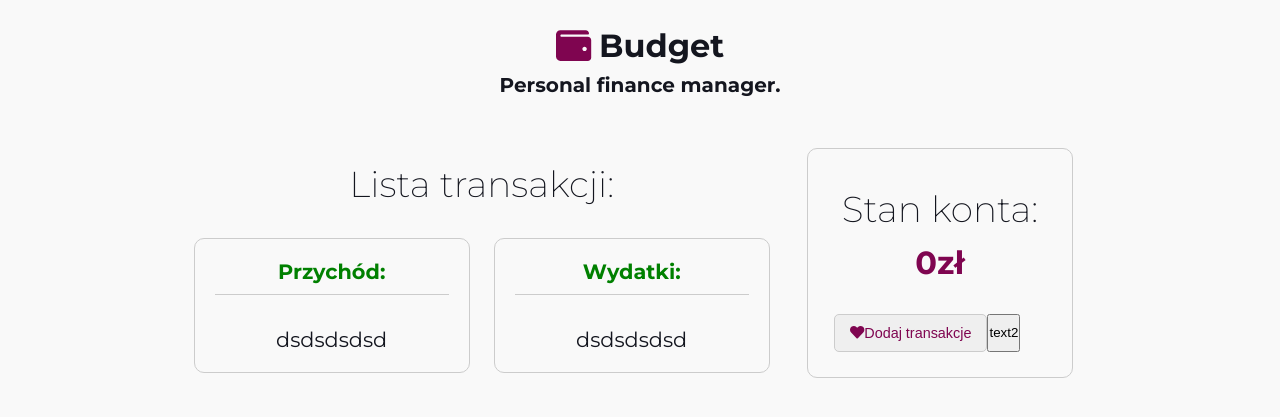
Repository: KrzysKolo/sr_tydzien4_zad4
Page: /
An editor plug-in stored every save of this project. The page is shown before and after the next save, followed by the edit.
The browser window is 1280 px wide. The pictures show the whole page.
Some web libraries are served in a nearby version. The project was rebuilt for these pictures with package versions that can differ from the ones it lists, and the page was loaded fresh each time.

Above is the page before, as saved 2020-11-29 18:45:30.

### public/index.html
<!DOCTYPE html>
<html lang="en">
  <head>
    <meta charset="utf-8" />
    <link rel="icon" href="%PUBLIC_URL%/favicon.ico" />
    <meta name="viewport" content="width=device-width, initial-scale=1" />
    <meta name="theme-color" content="#000000" />
    <meta
      name="description"
      content="Web site created using create-react-app"
    />
    <link rel="apple-touch-icon" href="%PUBLIC_URL%/logo192.png" />
    <!--
      manifest.json provides metadata used when your web app is installed on a
      user's mobile device or desktop. See https://developers.google.com/web/fundamentals/web-app-manifest/
    -->
    <link rel="manifest" href="%PUBLIC_URL%/manifest.json" />
    <!--
      Notice the use of %PUBLIC_URL% in the tags above.
      It will be replaced with the URL of the `public` folder during the build.
      Only files inside the `public` folder can be referenced from the HTML.

      Unlike "/favicon.ico" or "favicon.ico", "%PUBLIC_URL%/favicon.ico" will
      work correctly both with client-side routing and a non-root public URL.
      Learn how to configure a non-root public URL by running `npm run build`.
    -->
    <link
      href="https://fonts.googleapis.com/css?family=Montserrat:200,400,700&display=swap&subset=latin-ext"
      rel="stylesheet"
    />
    <script
      src="https://kit.fontawesome.com/327a0d490c.js"
      crossorigin="anonymous"
    ></script>
    <title>Budget</title>
  </head>
  <body>
    <noscript>You need to enable JavaScript to run this app.</noscript>
    <div id="root"></div>
    <!--
      This HTML file is a template.
      If you open it directly in the browser, you will see an empty page.

      You can add webfonts, meta tags, or analytics to this file.
      The build step will place the bundled scripts into the <body> tag.

      To begin the development, run `npm start` or `yarn start`.
      To create a production bundle, use `npm run build` or `yarn build`.
    -->
  </body>
</html>

### src/App.js
import React from 'react';
import Budget from './components/Budget'

const App = () => {
  return (
    <>
      <Budget/>
    </>
  )
}

export default App;

### src/components/Budget.js
import React from 'react';
import Header from './budgetComponents/Header';
import Section from './budgetComponents/Section';
import SectionInfo from './budgetComponents/SectionInfo';
import H2 from './budgetComponents/sectionComponents/H2';
import styled, { createGlobalStyle } from 'styled-components';

const GlobalStyle = createGlobalStyle`
    * {
        padding: 0;
        margin: 0;
        box-sizing: border-box;
    }
    body {
        background-color: #f9f9f9;
        color: #14161f;
        font-family: "Montserrat", sans-serif;
        font-size: 16px;
        min-height: 100vh;
    }
    `;
const Container = styled.main`
    font-size: 1.5rem;
`;
const SectionContainer = styled.section`
    display: flex;
    flex-direction: row;
    justify-content: center;
    align-items: center;
`;
const SectionBudget = styled.section`
    display: flex;
    flex-direction: column;
    justify-content: center;
    align-items: center;
`;
const DivItems = styled.div`
    display: flex;
    flex-direction: row;
    justify-content: center;
    align-items: center;

`;
const Budget = () => {
    return (
        <>
            <GlobalStyle />
            <Container>
                <Header />
                <SectionContainer>
                    <SectionBudget>
                        <H2 title={"Lista transakcji"} />
                        <DivItems>
                            <Section title={"Przychód"} label={"p"}/>
                            <Section title={"Wydatki"}/>
                        </DivItems>
                    </SectionBudget>
                    <SectionInfo title={"Stan konta"}/>
                </SectionContainer>
            </Container>
        </>
    )
}

export default Budget;

### src/components/budgetComponents/Header.js
import React from 'react';
import styled from 'styled-components';
import { FontAwesomeIcon } from '@fortawesome/react-fontawesome';
import { faWallet } from '@fortawesome/free-solid-svg-icons';

const SectionHeader = styled.header`
    align-items: center;
    color: rgb(127, 5, 80);
    display: flex;
    font-size: 2.2rem;
    flex-direction: column;
    justify-content: center;
    padding: 2%;
`;
const DivHeader = styled.div`
    align-items: center;
    display: flex;
    flex-direction: row;
    justify-content: center;
    margin-bottom: 0.5rem;
`;
const H1Header = styled.h1`
    color: #14161f;
    font-size: 2rem;
    margin-left: .5rem;
`;
const H2Header = styled.h2`
    color: #14161f;
    font-size: 1.25rem;
`;
const Header = () => {
    return (
        <SectionHeader>
            <DivHeader>
                <FontAwesomeIcon icon={faWallet}/>
                <H1Header>Budget</H1Header>
            </DivHeader>
            <H2Header>Personal finance manager.</H2Header>
        </SectionHeader>
    )
}

export default Header;

### src/components/budgetComponents/Section.js
import React from 'react';
import H1 from './sectionComponents/H1';
import styled from 'styled-components';

const SectionWrapper = styled.section`
    border: 1px solid #ccc;
    border-radius: 10px;
    display: flex;
    flex-direction: column;
    font-size: 1.3rem;
    justify-content: center;
    align-items: center;
    margin: 2%;
    padding: 20px;
    width: 300px;
`;
const Section = ({ title, label }) => {
    return (
        <SectionWrapper>
           <H1 title={title} label={label}> </H1>
           <p>dsdsdsdsd</p>
        </SectionWrapper>
    )
}

export default Section;

### src/components/budgetComponents/SectionInfo.js
import React from 'react';
import H2 from './sectionComponents/H2';
import P from './sectionComponents/P';
import Button from './../buttons/Button';
import styled from 'styled-components';
import { FontAwesomeIcon } from '@fortawesome/react-fontawesome';
import { faEllipsisV, faHeart, faShareAlt, faAngleDown } from '@fortawesome/free-solid-svg-icons';
const SectionWrapper = styled.section`
    border: 1px solid #ccc;
    border-radius: 10px;
    display: flex;
    flex-direction: column;
    margin: 2vw;
    padding: 2%;
`;
const ButtonWrapper = styled.div`
    display: flex;
    flex-direction: row;
`;
const Section = ({ title }) => {
    return (
        <SectionWrapper>
           <H2 title={title}> </H2>
           <P />
           <ButtonWrapper>
                <Button title={"Dodaj transakcje"} icons={faHeart} type="submit"/>
                <button type="submit" >text2</button>
           </ButtonWrapper>
        </SectionWrapper>
    )
}

export default Section;

### src/components/budgetComponents/sectionComponents/H2.js
import React from 'react'
import styled from 'styled-components';

const TitleH2 = styled.h2`
    font-weight: 200;
    margin: 2% auto;
    padding: 0.5rem;
`;

const H2 = ({title}) => {
    return (
        <TitleH2>
            {title}:
        </TitleH2>
    )
}

export default H2;

### src/components/budgetComponents/sectionComponents/H1.js
import React from 'react'
import styled from 'styled-components';

const TitleH1 = styled.h1`
    border-bottom: 1px solid #ccc;
    color: ${label => label ? 'green' : 'red'};
    margin-bottom: 2rem;
    padding-bottom: 10px;
    display: block;
    width: 100%;
    text-align: center;
`;

const H1 = ({title, label}) => {
    return (
        <TitleH1>
            {title}:
        </TitleH1>
    )
}

export default H1;

### src/components/budgetComponents/sectionComponents/P.js
import React from 'react';
import styled from 'styled-components';

const InfoP = styled.p`
    color: rgb(127, 5, 80);
    font-size: 2rem;
    font-weight: bold;
    width: 100%auto;
    text-align: center;
    padding-bottom: 2rem;
`;

const P = () => {
    return (
        <InfoP>
            0zł
        </InfoP>
    )
}

export default P;

### src/components/buttons/Button.js
import React from 'react';
import styled from 'styled-components';
import { FontAwesomeIcon } from '@fortawesome/react-fontawesome';

const ButtonDiv = styled.button`
    border: 1px solid #ccc;
    border-radius: 5px;
    padding: 10px 15px;
    display: flex;
    flex-direction: row;
    color: rgb(127, 5, 80);
    font-size: 0.9rem;
    cursor: pointer;
    transition: 0.3s ease-in-out;
    &:hover {
        border: 1px solid rgba(127, 5, 80, 0.3);
        background-color: rgb(127, 5, 80);
        color: #f9f9f9;
    }
`;
const ButtobDiv = styled.div`
    margin-left: 10px;
    color: #14161f;
`;
const Button = ({ title, icons }) => {
    return (
        <ButtonDiv>
            <FontAwesomeIcon icon={icons} />
            <p >{title}</p>
        </ButtonDiv>
    )
}

export default Button;

Loaded but not shown: src/index.js (common file); src/index.css (common file)

After the next save:
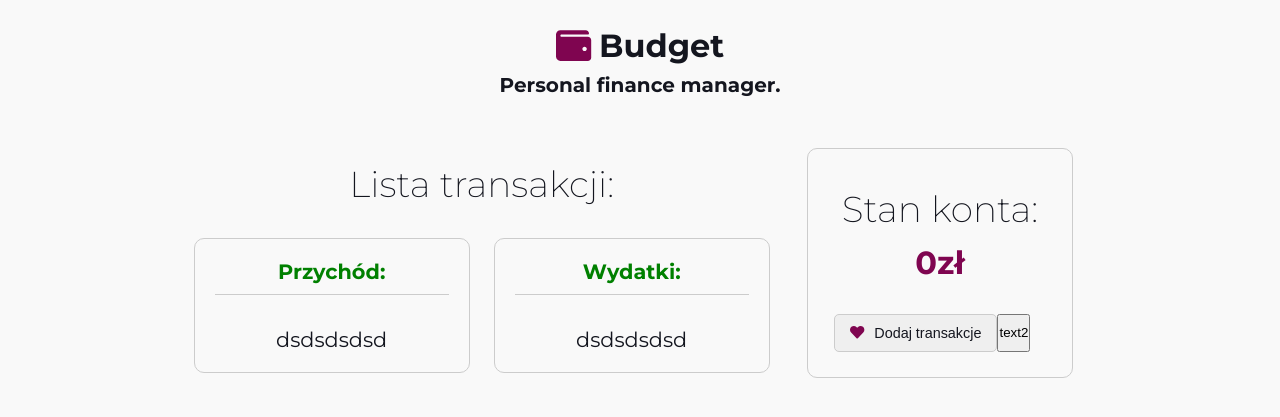
Saved 23 s later.
--- a/src/components/buttons/Button.js
+++ b/src/components/buttons/Button.js
@@ -26,7 +26,7 @@ const Button = ({ title, icons }) => {
     return (
         <ButtonDiv>
             <FontAwesomeIcon icon={icons} />
-            <p >{title}</p>
+            <ButtobDiv>{title}</ButtobDiv>
         </ButtonDiv>
     )
 }
